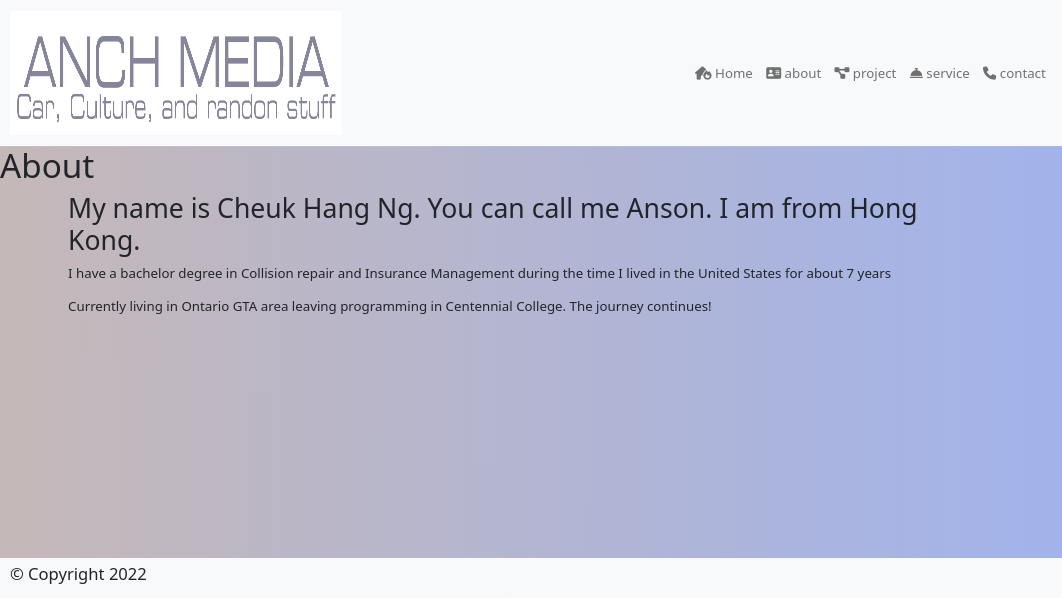
Repository: justhumanmaybe/assignment2
Page: http://localhost/about
These files come from the project's save history. The page is drawn as it stood at one moment and after the next save; the edit follows.
The browser window is 1280 px wide. The pictures show the whole page, at 83% of full size.
The page is served by the project's Node server (server.js). Other server files are loaded and not shown.

Above is the page before, as saved 2022-06-20 01:34:52.

### Server/Views/index.ejs

<!DOCTYPE html>
<html lang="en">
<head>
    <meta charset="UTF-8">
    <meta http-equiv="X-UA-Compatible" content="IE=edge">
    <meta name="viewport" content="width=device-width, initial-scale=1.0">
    <title><%= title %></title>
    <!--CSS section-->
    <link rel="stylesheet" href="./bootstrap/dist/css/bootstrap.min.css">
    <link rel="stylesheet" href="./@fortawesome/fontawesome-free/css/all.min.css">
    <link rel="stylesheet" href="./Content/app.css">

</head>
<body>
    <header>
        <%- include('components/header.ejs'); %>
   </header>
    <!--content section-->
    <main>
        <h1><%= title %></h1>
        <%- include('content/' + page + '.ejs'); %>
    </main>





    <!--sitewide footer-->
    <footer>
        <%- include('components/footer.ejs'); %>
    </footer>
    <!-- Java scripe-->
    <script src="./jquery/dist/jquery.min.js"></script>
    <script src="./bootstrap/dist/js/bootstrap.min.js"></script>
    <script src="./@fortawesome/fontawesome-free/js/all.min.js"></script>
    <script src="./Scripts/app.js"></script>
</body>
</html>

### Server/Views/components/header.ejs
 <!--Main nav-->
 <nav class="navbar navbar-expand-lg navbar-white bg-light">
    <div class="container-fluid">
      <a class="navbar-brand" href="/"><img src="./Assets/images/Logo-new.png" width="400" height="150"></i></a>
      <button class="navbar-toggler" type="button" data-bs-toggle="collapse" data-bs-target="#navbarSupportedContent" aria-controls="navbarSupportedContent" aria-expanded="false" aria-label="Toggle navigation">
        <span class="navbar-toggler-icon"></span>
      </button>
      <div class="collapse navbar-collapse" id="navbarSupportedContent">
        <ul class="navbar-nav ms-auto mb-2 mb-lg-0">
          <li class="nav-item">
            <a class="nav-link" aria-current="page" href="/home"><i class="fa-solid fa-house-fire"></i> Home</a>
          </li>
          <li class="nav-item">
            <a class="nav-link" aria-current="page" href="/about"><i class="fa-solid fa-address-card"></i> about</a>
          </li>
          <li class="nav-item">
            <a class="nav-link" aria-current="page" href="/project"><i class="fa-solid fa-diagram-project"></i> project</a>
          </li>
          <li class="nav-item">
            <a class="nav-link" aria-current="page" href="/service"><i class="fa-solid fa-bell-concierge"></i> service</a>
          </li>
          <li class="nav-item">
            <a class="nav-link" aria-current="page" href="/contact"><i class="fa-solid fa-phone"></i> contact</a>
          </li>



        </ul>

        </form>
      </div>
    </div>
  </nav>

### Server/Views/content/about.ejs
<div class="container">
    <h2>My name is Cheuk Hang Ng. You can call me Anson. I am from Hong Kong. </h2>
    <p>I have a bachelor degree in Collision repair and Insurance Management during the time I lived in the United States for about 7 years </p>
    <p>Currently living in Ontario GTA area leaving programming in Centennial College. The journey continues!</p>


</div>

### Server/Views/components/footer.ejs
<nav class="navbar fixed-bottom bg-light">
    <div class="container-fluid">
      <h5 id="copyright">
          &copy; Copyright 2022
      </h5>
    </div>
  </nav>

### server.js
#!/usr/bin/env node
/*Name:Anson Ng
  Student ID: 301202061
  Date: 6/12/2022 */
"use strict";
var __importDefault = (this && this.__importDefault) || function (mod) {
    return (mod && mod.__esModule) ? mod : { "default": mod };
};
Object.defineProperty(exports, "__esModule", { value: true });
const app_1 = __importDefault(require("./Server/Config/app"));
const debug_1 = __importDefault(require("debug"));
(0, debug_1.default)('lesson4 week4:server');
const http_1 = __importDefault(require("http"));
const port = normalizePort(process.env.PORT || '3000');
app_1.default.set('port', port);
const server = http_1.default.createServer(app_1.default);
server.listen(port);
server.on('error', onError);
server.on('listening', onListening);
function normalizePort(val) {
    const port = parseInt(val, 10);
    if (isNaN(port)) {
        return val;
    }
    if (port >= 0) {
        return port;
    }
    return false;
}
function onError(error) {
    if (error.syscall !== 'listen') {
        throw error;
    }
    const bind = typeof port === 'string'
        ? 'Pipe ' + port
        : 'Port ' + port;
    switch (error.code) {
        case 'EACCES':
            console.error(bind + ' requires elevated privileges');
            process.exit(1);
            break;
        case 'EADDRINUSE':
            console.error(bind + ' is already in use');
            process.exit(1);
            break;
        default:
            throw error;
    }
}
function onListening() {
    let addr = server.address();
    let bind = 'pipe ' + addr;
    (0, debug_1.default)('Listening on ' + bind);
}
//# sourceMappingURL=server.js.map

### Server/Routes/index.js
/*Name:Anson Ng
  Student ID: 301202061
  Date: 6/12/2022 */
"use strict";
var __importDefault = (this && this.__importDefault) || function (mod) {
    return (mod && mod.__esModule) ? mod : { "default": mod };
};
Object.defineProperty(exports, "__esModule", { value: true });
const express_1 = __importDefault(require("express"));
const router = express_1.default.Router();
/* display home page. */
router.get('/', function(req, res, next)
{
  res.render('index', { title: 'Home', page: 'home' });
});

/* display home page. */
router.get('/home', function(req, res, next)
{
  res.render('index', { title: 'Home', page: 'home' });
});

/* display about page. */
router.get('/about', function(req, res, next)
{
  res.render('index', { title: 'About', page: 'about' });
});

/* display project page. */
router.get('/project', function(req, res, next)
{
  res.render('index', { title: 'Our Project', page: 'project' });
});

/* display service page. */
router.get('/service', function(req, res, next)
{
  res.render('index', { title: 'Services offer', page: 'service' });
});

/* display contact page. */
router.get('/contact', function(req, res, next)
{
  res.render('index', { title: 'Contact us', page: 'contact' });
});
exports.default = router;
//# sourceMappingURL=index.js.map

### Client/Content/app.css
/* custom css*/
body {background-image: linear-gradient(to right, rgb(197, 184, 184) , rgb(162, 179, 235));}
form {
    padding:20px;
    width:1000px;
    margin-left:auto;
    margin-right:auto;
}
input[type=text], select {
width: 100%;
padding: 12px 20px;
margin: 8px 0;
display: inline-block;
border: 1px solid #ccc;
border-radius: 4px;
box-sizing: border-box;
}
input[type=number], select
{
width: 100%;
padding: 12px 20px;
margin: 8px 0;
display: inline-block;
border: 1px solid #ccc;
border-radius: 4px;
box-sizing: border-box;
}
input[type=email], select
{
width: 100%;
padding: 12px 20px;
margin: 8px 0;
display: inline-block;
border: 1px solid #ccc;
border-radius: 4px;
box-sizing: border-box;
}
textarea{
width: 100%;
padding: 12px 20px;
margin: 8px 0;
display: inline-block;
border: 1px solid #ccc;
border-radius: 4px;
box-sizing: border-box;

}

### Client/Scripts/app.js
/*Name:Anson Ng
  Student ID: 301202061
  Date: 6/12/2022 */
"use strict";
(function () {
    function Start() {
        console.log("App Started!...");
        let XHR = new XMLHttpRequest();
        XHR.open("GET", "./data/data.json");
        XHR.send();
        XHR.addEventListener("readystatechange", function (event) {
            if (XHR.readyState == 4 && XHR.status == 200) {
                console.log("JSON Data:");
                console.log(XHR.responseText);
            }
        });
    }
    window.addEventListener("load", Start);
})();
//# sourceMappingURL=app.js.map

### Client/data/data.json
{
    "fullname": "anson",
    "email": "anson@hamo.com"
}

After the next save:
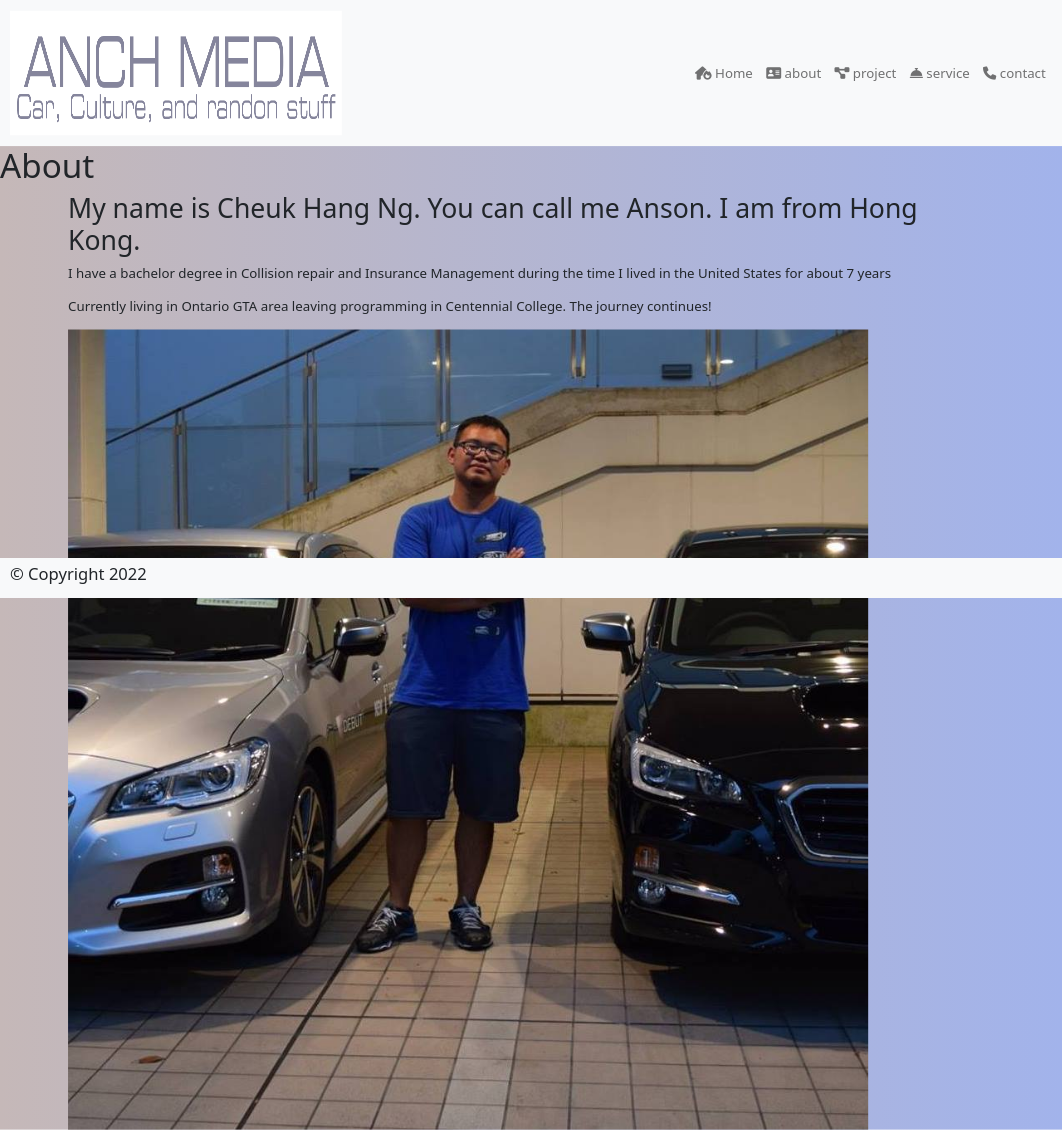
Saved 1 s later.
--- a/Server/Views/content/about.ejs
+++ b/Server/Views/content/about.ejs
@@ -2,6 +2,7 @@
     <h2>My name is Cheuk Hang Ng. You can call me Anson. I am from Hong Kong. </h2>
     <p>I have a bachelor degree in Collision repair and Insurance Management during the time I lived in the United States for about 7 years </p>
     <p>Currently living in Ontario GTA area leaving programming in Centennial College. The journey continues!</p>
+    <img src="./Assets/images/me.jpg" alt="">
 
 
 </div>
